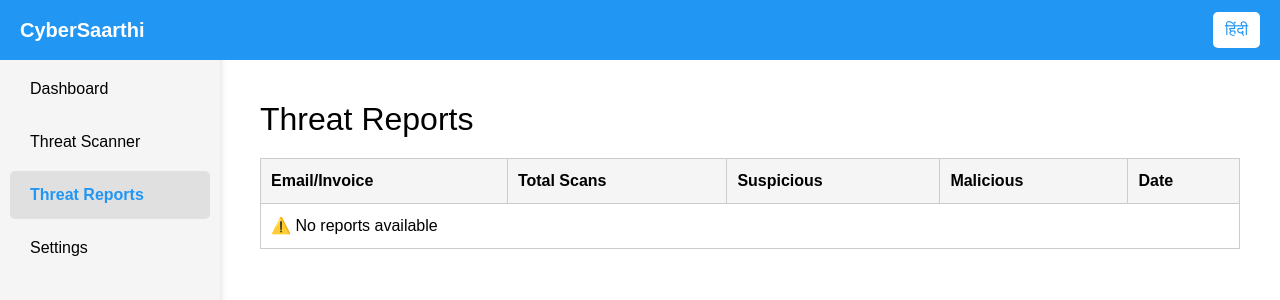
Repository: riyaaaa19/CyberSaarthi
Page: /reports (app in frontend/)
These files come from the project's save history. The page is drawn as it stood at one moment and after the next save; the edit follows.
The browser window is 1280 px wide. The pictures show the whole page.
The page's requests for data from a server got no answer. The project was rebuilt for these pictures with package versions that can differ from the ones it lists, and the page was loaded fresh each time. No one was signed in, and anything a server would have sent is missing. Also part of the build but not shown: frontend/vite.config.ts, frontend/src/services/api.js, frontend/src/pages/Dashboard.js, frontend/src/pages/Scanner.js, frontend/src/pages/Settings.js.

Above is the page before, as saved 2025-08-21 16:54:09.

After the next save:
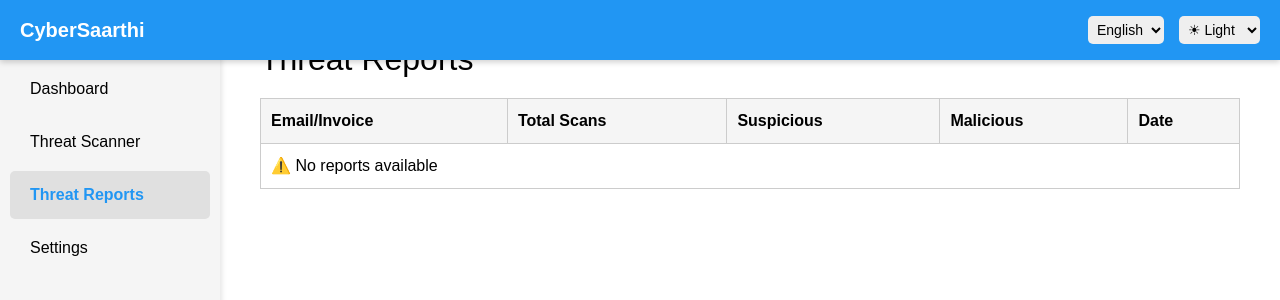
Saved 47 s later.
--- a/frontend/src/components/Navbar.js
+++ b/frontend/src/components/Navbar.js
@@ -1,44 +1,73 @@
-import React from "react";
-import { t, setLang } from "../i18n";
+import React, { useContext } from "react";
+import { ThemeLangContext } from "../ThemeLangContext";
+import { t } from "../i18n";
 
 function Navbar() {
-  const barStyle = {
+  const { theme, setTheme, lang, setLang } = useContext(ThemeLangContext);
+
+  const navbarStyle = {
+    position: "fixed",
+    top: 0,
+    left: 0,
+    width: "100%",
+    height: "60px",
+    background: theme === "dark" ? "#121212" : "#2196f3",
+    color: "#fff",
     display: "flex",
+    alignItems: "center",
     justifyContent: "space-between",
-    alignItems: "center",
-    padding: "12px 20px",
-    background: "#2196f3",
-    color: "white",
-    position: "sticky",
-    top: 0,
+    padding: "0 20px",
+    boxShadow: "0 2px 6px rgba(0,0,0,0.2)",
     zIndex: 1000
   };
 
-  const brandStyle = { fontSize: "20px", fontWeight: "bold" };
+  const titleStyle = {
+    fontSize: "20px",
+    fontWeight: "bold"
+  };
 
-  const toggleLang = () => {
-    const current = localStorage.getItem("LANG") || "en";
-    const newLang = current === "en" ? "hi" : "en";
-    setLang(newLang); // reloads app with new lang
+  const controlsStyle = {
+    display: "flex",
+    alignItems: "center",
+    gap: "15px"
+  };
+
+  const selectStyle = {
+    padding: "5px",
+    borderRadius: "5px",
+    border: "none",
+    fontSize: "14px",
+    cursor: "pointer"
   };
 
   return (
-    <nav style={barStyle}>
-      <div style={brandStyle}>{t("app.title")}</div>
-      <button
-        onClick={toggleLang}
-        style={{
-          padding: "6px 12px",
-          background: "white",
-          color: "#2196f3",
-          border: "none",
-          borderRadius: "5px",
-          cursor: "pointer"
-        }}
-      >
-        {localStorage.getItem("LANG") === "hi" ? "EN" : "हिंदी"}
-      </button>
-    </nav>
+    <div style={navbarStyle}>
+      {/* App Title */}
+      <div style={titleStyle}>{t("app.title")}</div>
+
+      {/* Controls */}
+      <div style={controlsStyle}>
+        {/* Language Selector */}
+        <select
+          value={lang}
+          onChange={(e) => setLang(e.target.value)}
+          style={selectStyle}
+        >
+          <option value="en">English</option>
+          <option value="hi">हिन्दी</option>
+        </select>
+
+        {/* Theme Selector */}
+        <select
+          value={theme}
+          onChange={(e) => setTheme(e.target.value)}
+          style={selectStyle}
+        >
+          <option value="light">☀ Light</option>
+          <option value="dark">🌙 Dark</option>
+        </select>
+      </div>
+    </div>
   );
 }
 
